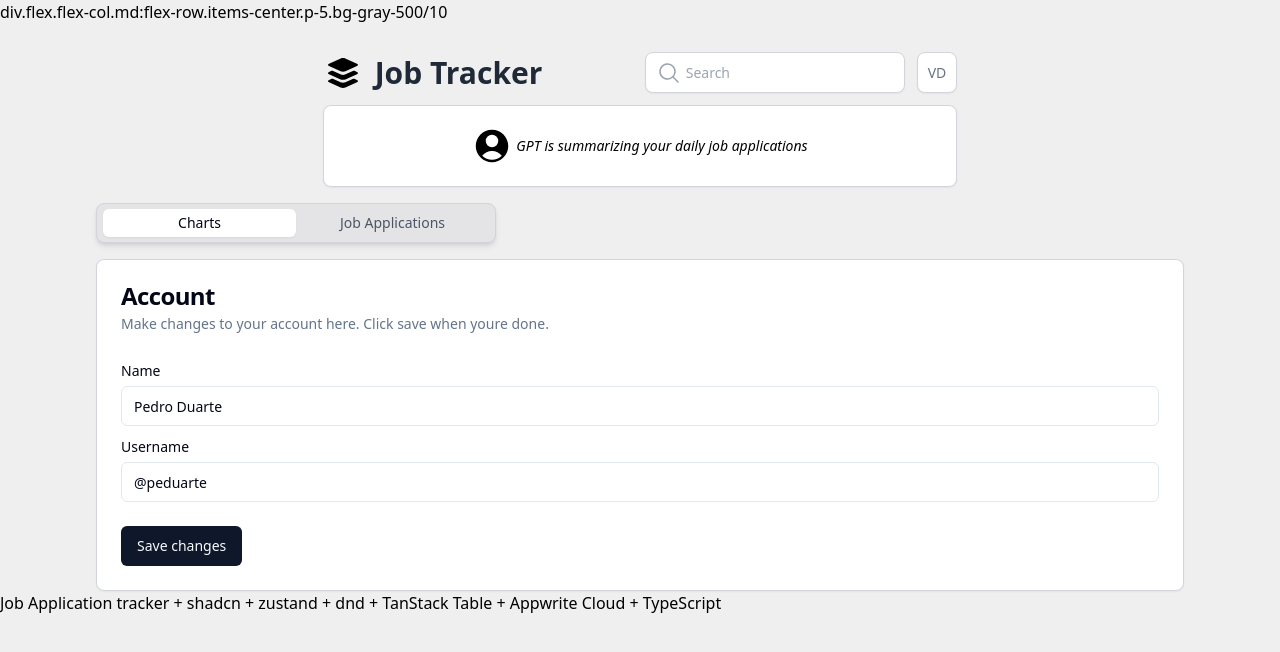
Repository: Vasil1001/job-applications-tracker-nextjs
Page: /
An editor plug-in stored every save of this project. The page is shown before and after the next save, followed by the edit.
The browser window is 1280 px wide. The pictures show the whole page.
The project was rebuilt for these pictures with package versions that can differ from the ones it lists, and the page was loaded fresh each time. The framework's server and built-in components were replaced by stand-ins that run in the browser. Also part of the build but not shown: next.config.js.

Above is the page before, as saved 2023-06-24 19:45:04.

After the next save:
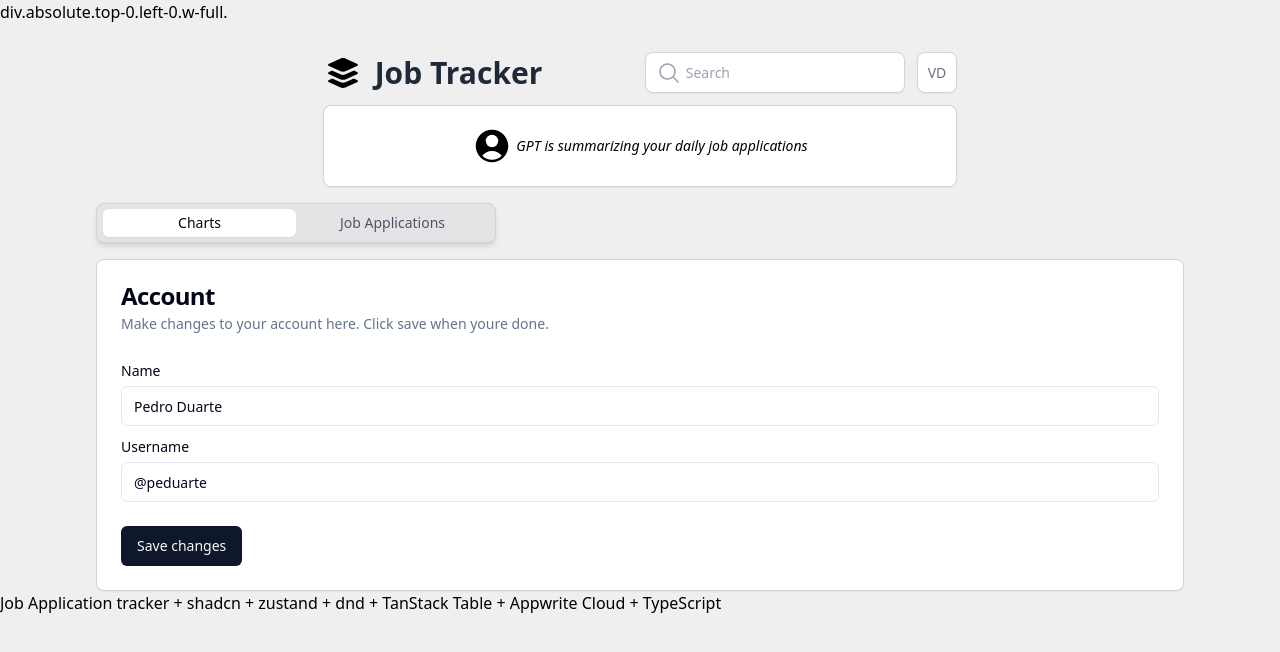
Saved 19 s later.
--- a/components/Header.tsx
+++ b/components/Header.tsx
@@ -16,7 +16,7 @@ import JobChartsTab from "./ui/JobChartsTab";
 export default function Header() {
   return (
     <header className="">
-        div.flex.flex-col.md:flex-row.items-center.p-5.bg-gray-500/10
+        div.absolute.top-0.left-0.w-full.
       <Navbar />
 
       <JobChartsTab />
